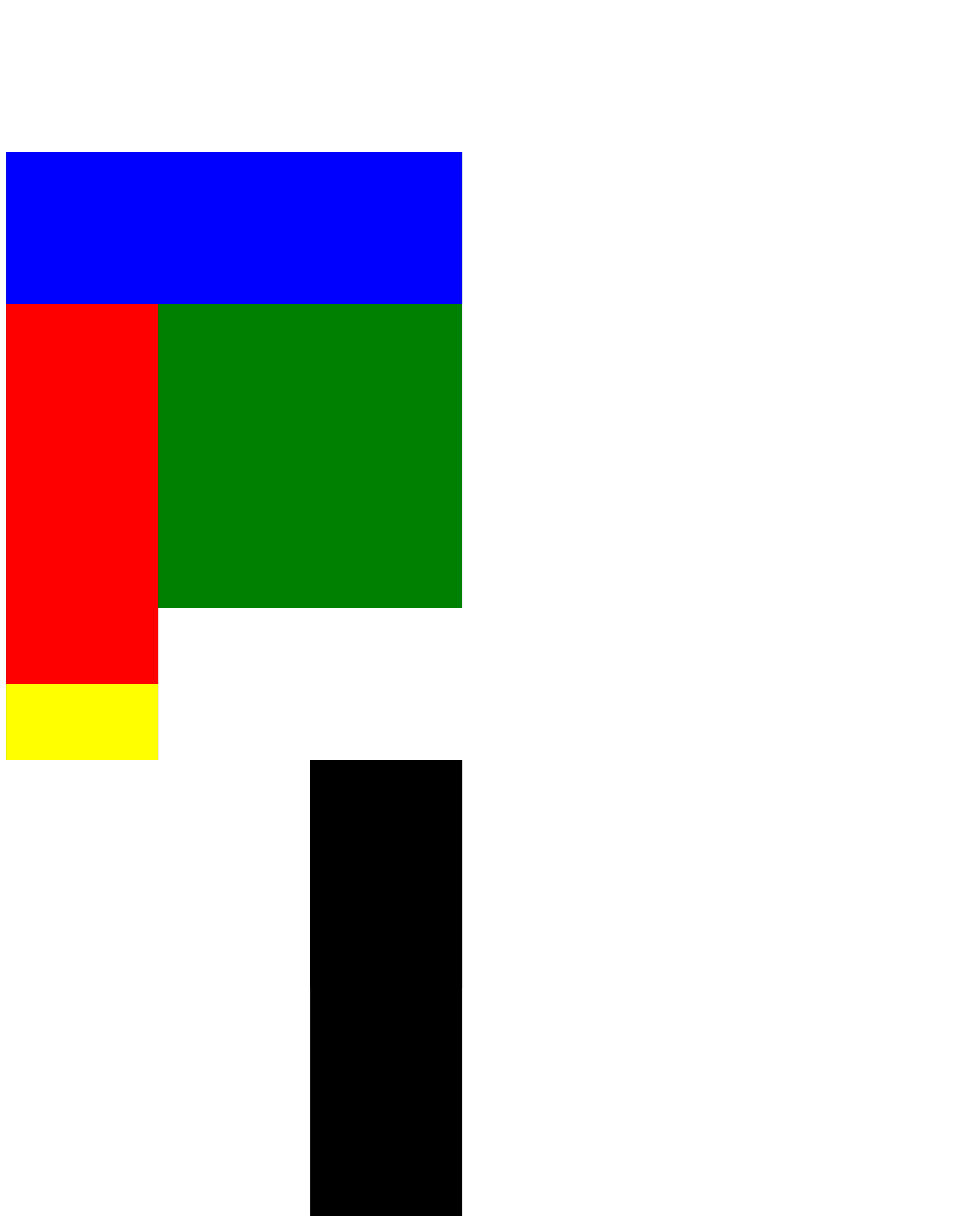
Repository: Seokho96/CSSPractice
Page: css/work01/WebContent/index01.html
The author's editor kept a copy of each file at every save. The page is drawn from the files as they stood at one save, then again after the next save.
The browser window is 1280 px wide. The pictures show the whole page, at 76% of full size.

Above is the page before, as saved 2020-07-13 05:49:06.

### css/work01/WebContent/index01.html
<!DOCTYPE html>
<html>
<head>
<meta charset="UTF-8">
<title>Insert title here</title>

<style type="text/css">

#fullscreen{
   width: 600px;
   height: 600px;
   background-color: green;
}
#halfdown{
  width: 600px;
  height: 200px;
  background-color: blue;
  margin-top: 200px;
}

#left{
   width: 200px;
   height: 600px;
   background-color: black;
}
#lefttop{
    width: 200px;
   height: 500px;
   background-color: red;
   float: left;
}
#leftdown{
     width:200px;
   height: 100px;
   background-color: yellow;
   float: left;
}
#right{
   width: 200px;
   height: 600px;
   background-color: black;
   float: right;
}
#righttop{
   width: 200px;
   height: 300px;
   background-color: black;
   float: right;
}



</style>
</head>
<body>

<div id="fullscreen">
<div id="halfdown">
</div>
<div id="left">
<div id="lefttop">
</div>
<div id="leftdown">
</div>
</div>
<div id="right">
<div id="righttop">
</div>
<div id="rightdown">
</div>
</div>
</div>

</body>
</html>

After the next save:
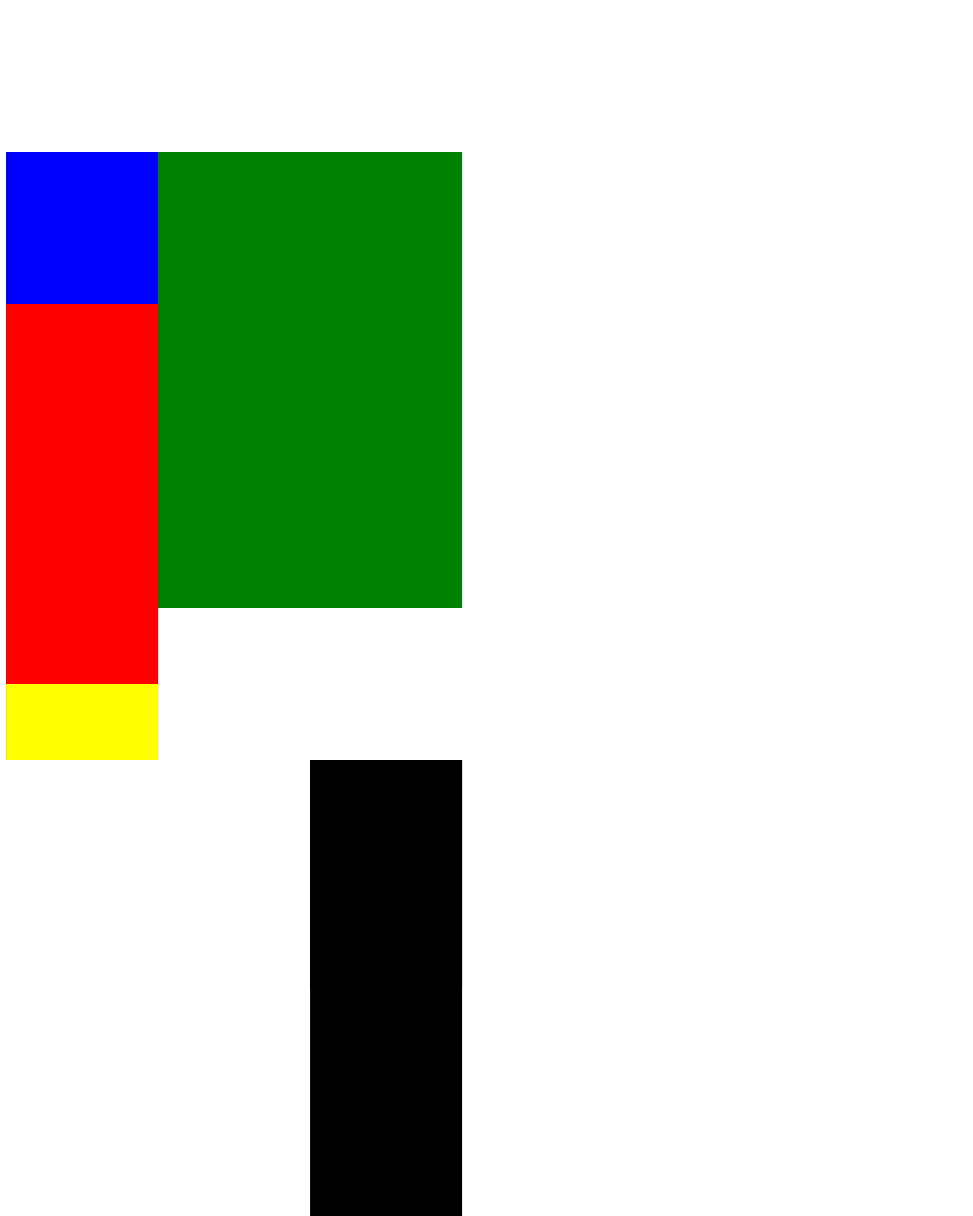
Saved 35 s later.
--- a/css/work01/WebContent/index01.html
+++ b/css/work01/WebContent/index01.html
@@ -12,7 +12,7 @@
    background-color: green;
 }
 #halfdown{
-  width: 600px;
+  width: 200px;
   height: 200px;
   background-color: blue;
   margin-top: 200px;
